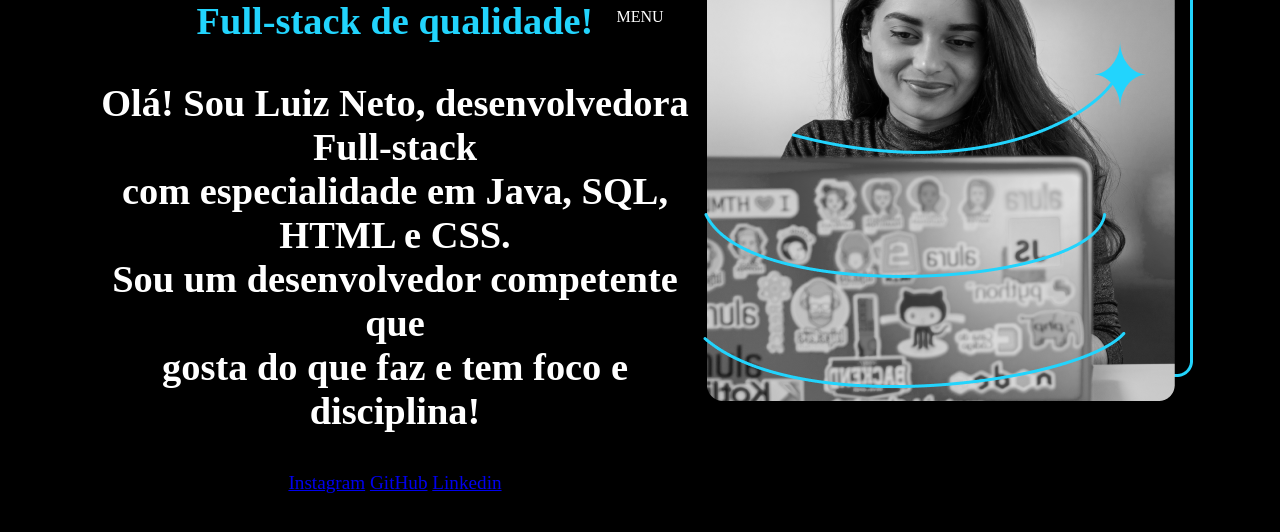
Repository: luiz123098/Sobre-mim-em-HTM-CSS
Page: htmlcss.html
The author's editor kept a copy of each file at every save. The page is drawn from the files as they stood at one save, then again after the next save.
The browser window is 1280 px wide. The pictures show the whole page.

Above is the page before, as saved 2023-03-08 14:23:08.

After the next save:
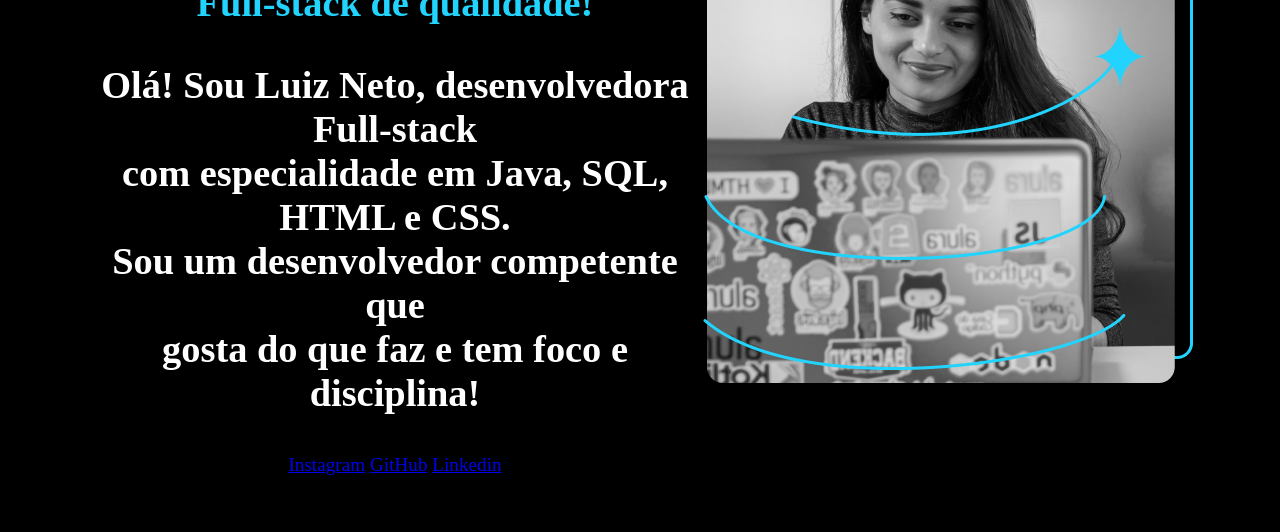
Saved 11 s later.
--- a/htmlcss.html
+++ b/htmlcss.html
@@ -9,7 +9,6 @@
     <link rel="stylesheet" href="style.Css">
 </head>
 <body>
-    <header>MENU</header>
     <main>
         <div class="flex-container">
             <div
